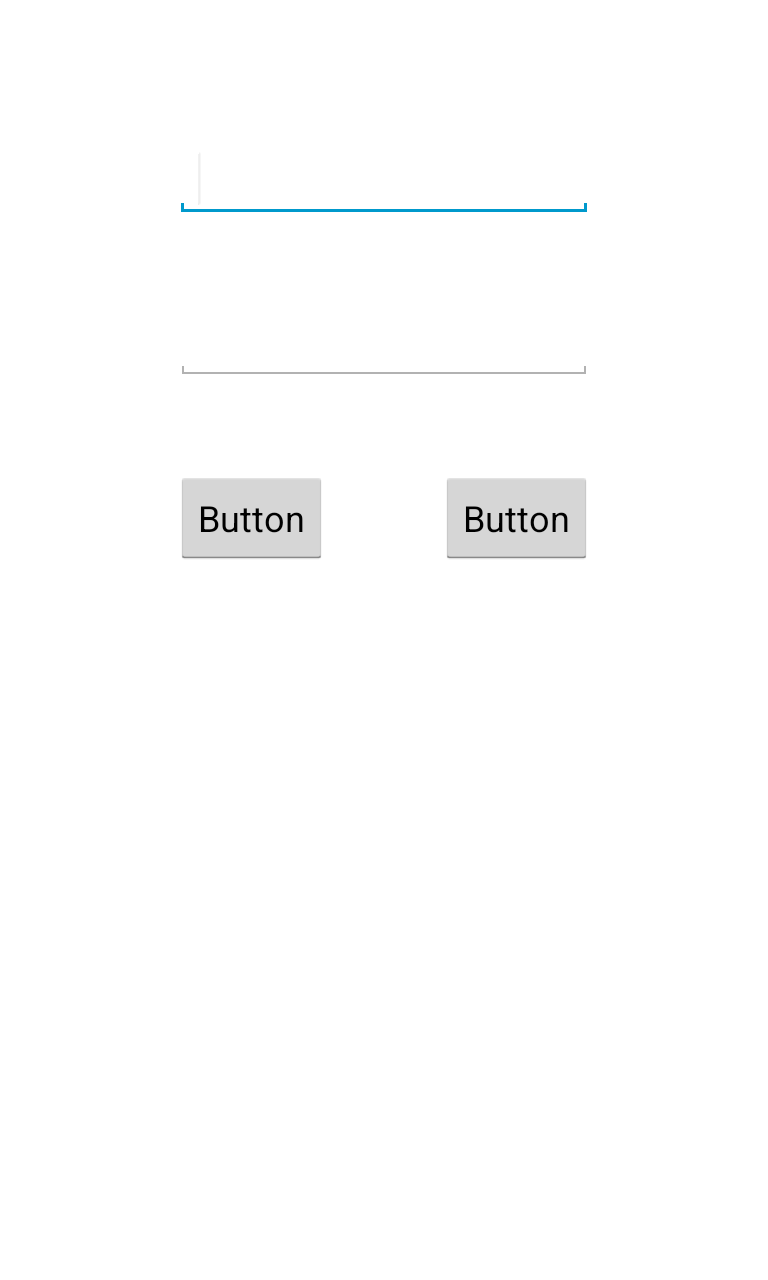
Repository: MadhuHS/JECM3
Layout: LoginPage/res/layout/activity_main.xml
The author's editor kept a copy of each file at every save. The layout is drawn from the files as they stood at one save, then again after the next save.
It is drawn on a 768 x 1280 px phone screen (xhdpi) without system bars, with theme AppTheme; the app's code is not run.

Above is the layout before, as saved 2015-11-10 03:00:14.

### LoginPage/res/layout/activity_main.xml
<RelativeLayout xmlns:android="http://schemas.android.com/apk/res/android"
    xmlns:tools="http://schemas.android.com/tools"
    android:layout_width="match_parent"
    android:layout_height="match_parent"
    android:paddingBottom="@dimen/activity_vertical_margin"
    android:paddingLeft="@dimen/activity_horizontal_margin"
    android:paddingRight="@dimen/activity_horizontal_margin"
    android:paddingTop="@dimen/activity_vertical_margin"
    tools:context=".MainActivity" >

    <EditText
        android:id="@+id/editTextusername"
        android:layout_width="wrap_content"
        android:layout_height="wrap_content"
        android:layout_alignParentTop="true"
        android:layout_centerHorizontal="true"
        android:layout_marginTop="54dp"
        android:ems="10" >

        <requestFocus />
    </EditText>

    <EditText
        android:id="@+id/editTextpassword"
        android:layout_width="wrap_content"
        android:layout_height="wrap_content"
        android:layout_alignRight="@+id/editTextusername"
        android:layout_below="@+id/editTextusername"
        android:layout_marginTop="42dp"
        android:ems="10"
        android:inputType="textPassword" />

    <Button
        android:id="@+id/buttonlogin"
        android:layout_width="wrap_content"
        android:layout_height="wrap_content"
        android:layout_alignLeft="@+id/editTextusername"
        android:layout_below="@+id/editTextpassword"
        android:layout_marginTop="44dp"
        android:text="Button" />

    <Button
        android:id="@+id/buttoncancel"
        android:layout_width="wrap_content"
        android:layout_height="wrap_content"
        android:layout_alignBaseline="@+id/buttonlogin"
        android:layout_alignBottom="@+id/buttonlogin"
        android:layout_alignRight="@+id/editTextpassword"
        android:text="Button" />

</RelativeLayout>

Loaded but not shown: LoginPage/res/values/styles.xml (common file); LoginPage/res/values-v11/styles.xml (common file); LoginPage/res/values-v14/styles.xml (common file); LoginPage/res/values/dimens.xml (common file)

After the next save:
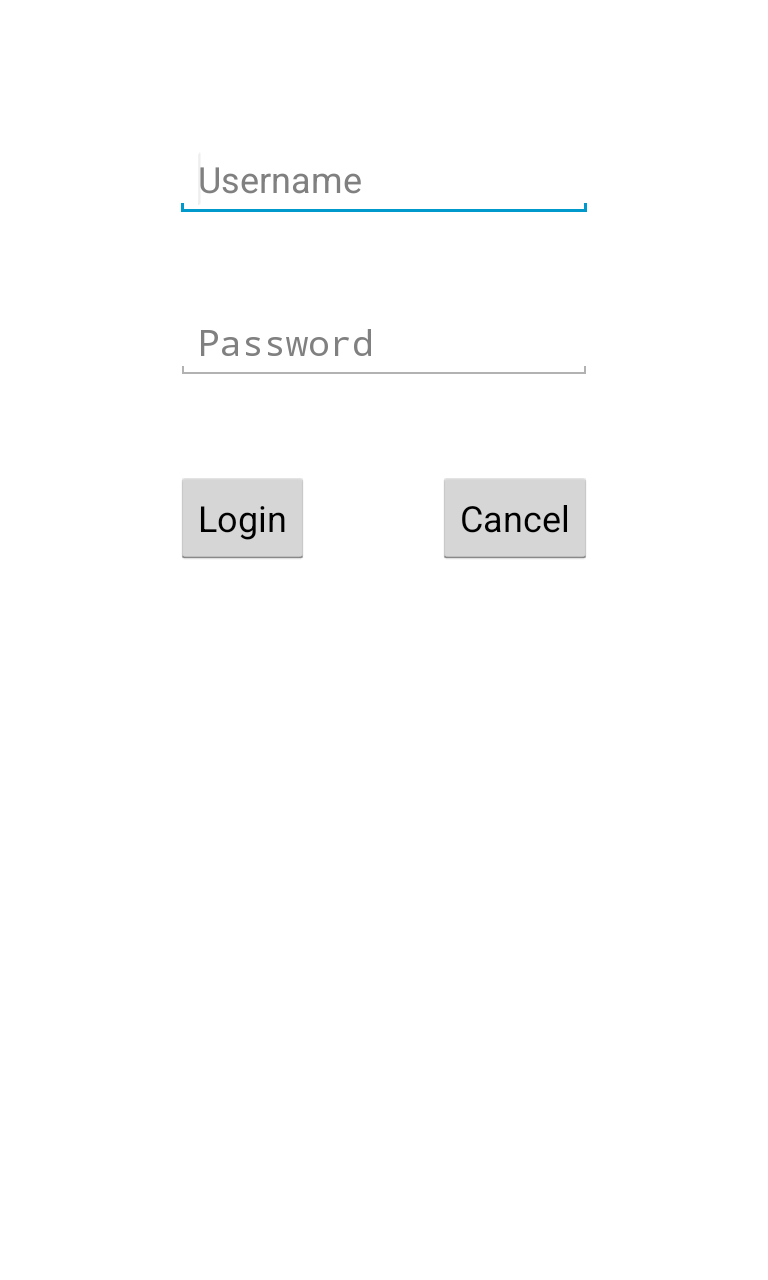
Saved 57 s later.
--- a/LoginPage/res/layout/activity_main.xml
+++ b/LoginPage/res/layout/activity_main.xml
@@ -15,7 +15,8 @@
         android:layout_alignParentTop="true"
         android:layout_centerHorizontal="true"
         android:layout_marginTop="54dp"
-        android:ems="10" >
+        android:ems="10"
+        android:hint="Username" >
 
         <requestFocus />
     </EditText>
@@ -28,6 +29,7 @@
         android:layout_below="@+id/editTextusername"
         android:layout_marginTop="42dp"
         android:ems="10"
+        android:hint="Password"
         android:inputType="textPassword" />
 
     <Button
@@ -37,7 +39,7 @@
         android:layout_alignLeft="@+id/editTextusername"
         android:layout_below="@+id/editTextpassword"
         android:layout_marginTop="44dp"
-        android:text="Button" />
+        android:text="Login" />
 
     <Button
         android:id="@+id/buttoncancel"
@@ -46,6 +48,6 @@
         android:layout_alignBaseline="@+id/buttonlogin"
         android:layout_alignBottom="@+id/buttonlogin"
         android:layout_alignRight="@+id/editTextpassword"
-        android:text="Button" />
+        android:text="Cancel" />
 
 </RelativeLayout>
